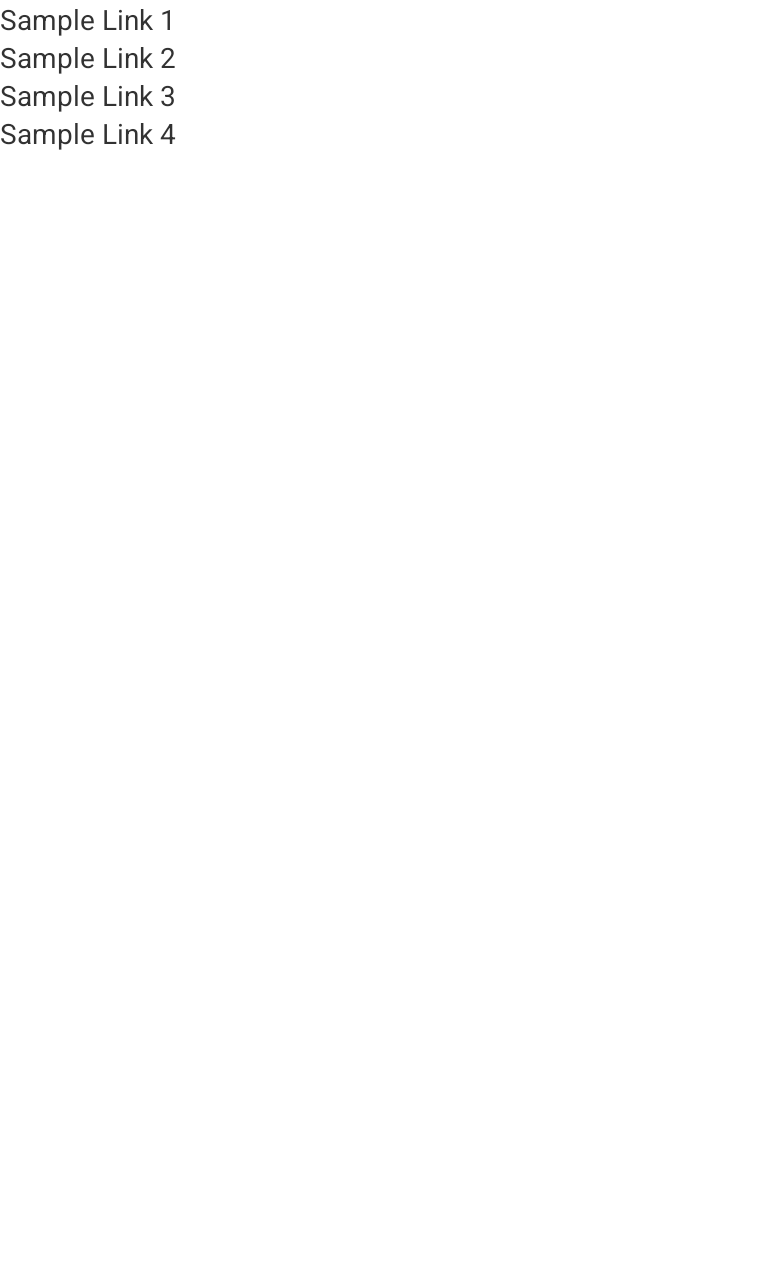
Repository: scottcaruso/MDF3_widgets_and_action_bars
Layout: news_feed_widget/res/layout/widget_layout.xml
An editor plug-in stored every save of this project. The layout is shown before and after the next save, followed by the edit.
It is drawn on a 768 x 1280 px phone screen (xhdpi) without system bars, with theme AppTheme; the app's code is not run.

Above is the layout before, as saved 2013-09-19 00:48:21.

### news_feed_widget/res/layout/widget_layout.xml
<?xml version="1.0" encoding="utf-8"?>
<FrameLayout xmlns:android="http://schemas.android.com/apk/res/android"
    android:layout_width="match_parent"
    android:layout_height="match_parent" >

    <LinearLayout
        android:layout_width="wrap_content"
        android:layout_height="wrap_content"
        android:orientation="vertical">

        <TextView
        android:id="@+id/link1"
        android:layout_width="wrap_content"
        android:layout_height="wrap_content"
        android:text="@string/sample_link_1" />

        <TextView
        android:id="@+id/link2"
        android:layout_width="wrap_content"
        android:layout_height="wrap_content"
        android:text="@string/sample_link_2" />

        <TextView
        android:id="@+id/link3"
        android:layout_width="wrap_content"
        android:layout_height="wrap_content"
        android:text="@string/sample_link_3" />

        <TextView
        android:id="@+id/link4"
        android:layout_width="wrap_content"
        android:layout_height="wrap_content"
        android:text="@string/sample_link_4" />

    </LinearLayout>



</FrameLayout>

### news_feed_widget/res/values/strings.xml
<?xml version="1.0" encoding="utf-8"?>
<resources>

    <string name="app_name">news_feed_widget</string>
    <string name="action_settings">Settings</string>
    <string name="hello_world">Hello world!</string>
    <string name="sample_link_1">Sample Link 1</string>
    <string name="sample_link_2">Sample Link 2</string>
    <string name="sample_link_3">Sample Link 3</string>
    <string name="sample_link_4">Sample Link 4</string>

</resources>

Loaded but not shown: news_feed_widget/res/values/styles.xml (common file); news_feed_widget/res/values-v11/styles.xml (common file); news_feed_widget/res/values-v14/styles.xml (common file)

After the next save:
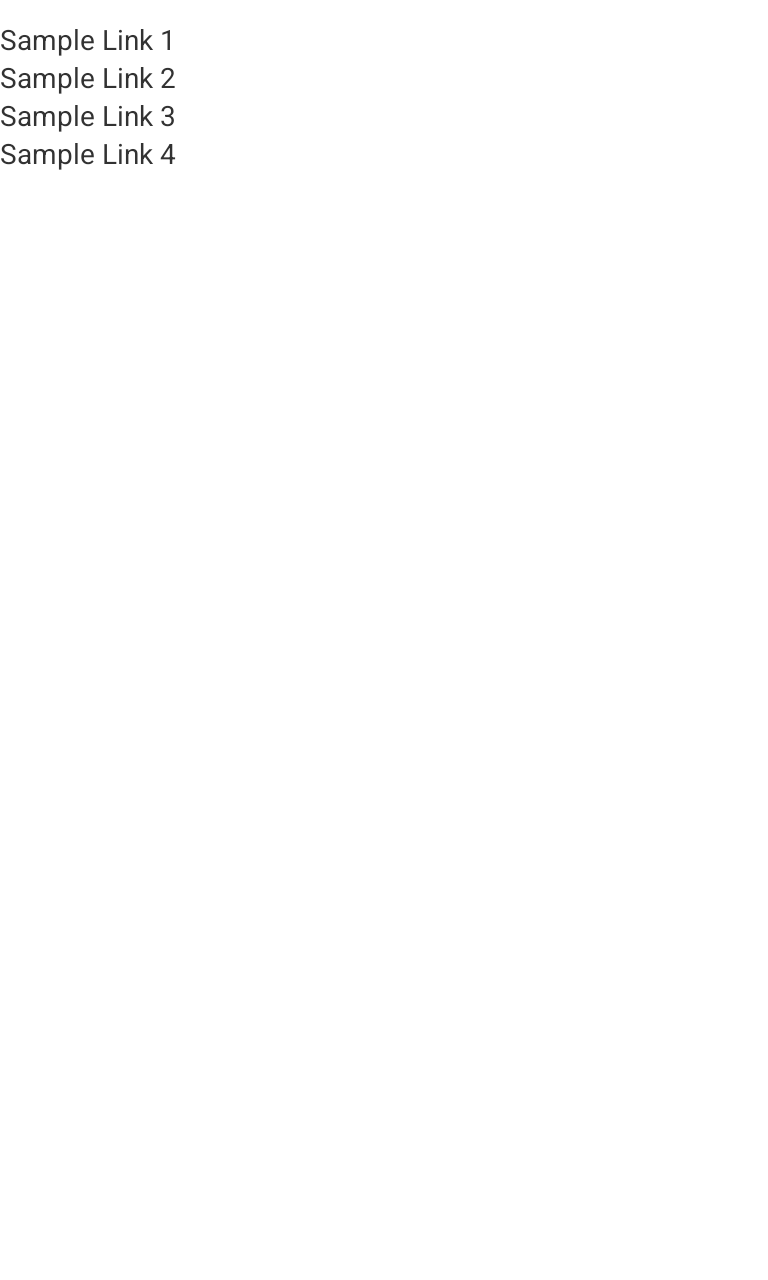
Saved 24 s later.
--- a/news_feed_widget/res/layout/widget_layout.xml
+++ b/news_feed_widget/res/layout/widget_layout.xml
@@ -12,7 +12,8 @@
         android:id="@+id/link1"
         android:layout_width="wrap_content"
         android:layout_height="wrap_content"
-        android:text="@string/sample_link_1" />
+        android:text="@string/sample_link_1"
+        android:paddingTop="10dp"/>
 
         <TextView
         android:id="@+id/link2"
